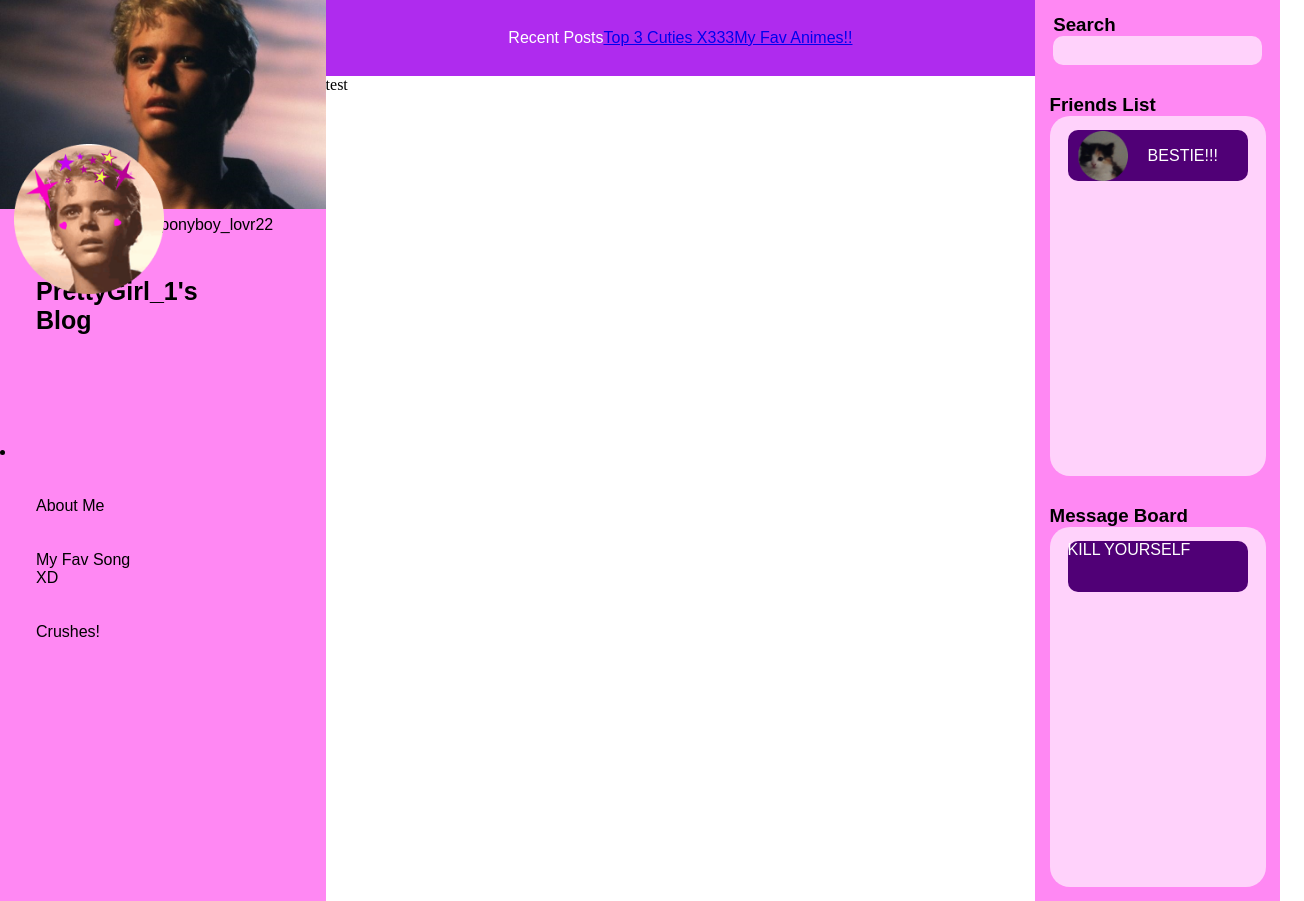
Repository: Jennica1/Frontend-Final
Page: index.html
The author's editor kept a copy of each file at every save. The page is drawn from the files as they stood at one save, then again after the next save.
The browser window is 1280 px wide. The page is 1280 px wide, then 1304 px, so the pictures cover 1304 px, including what lies to the right of the window. The pictures show the whole page.

Above is the page before, as saved 2024-05-16 20:57:33.

After the next save:
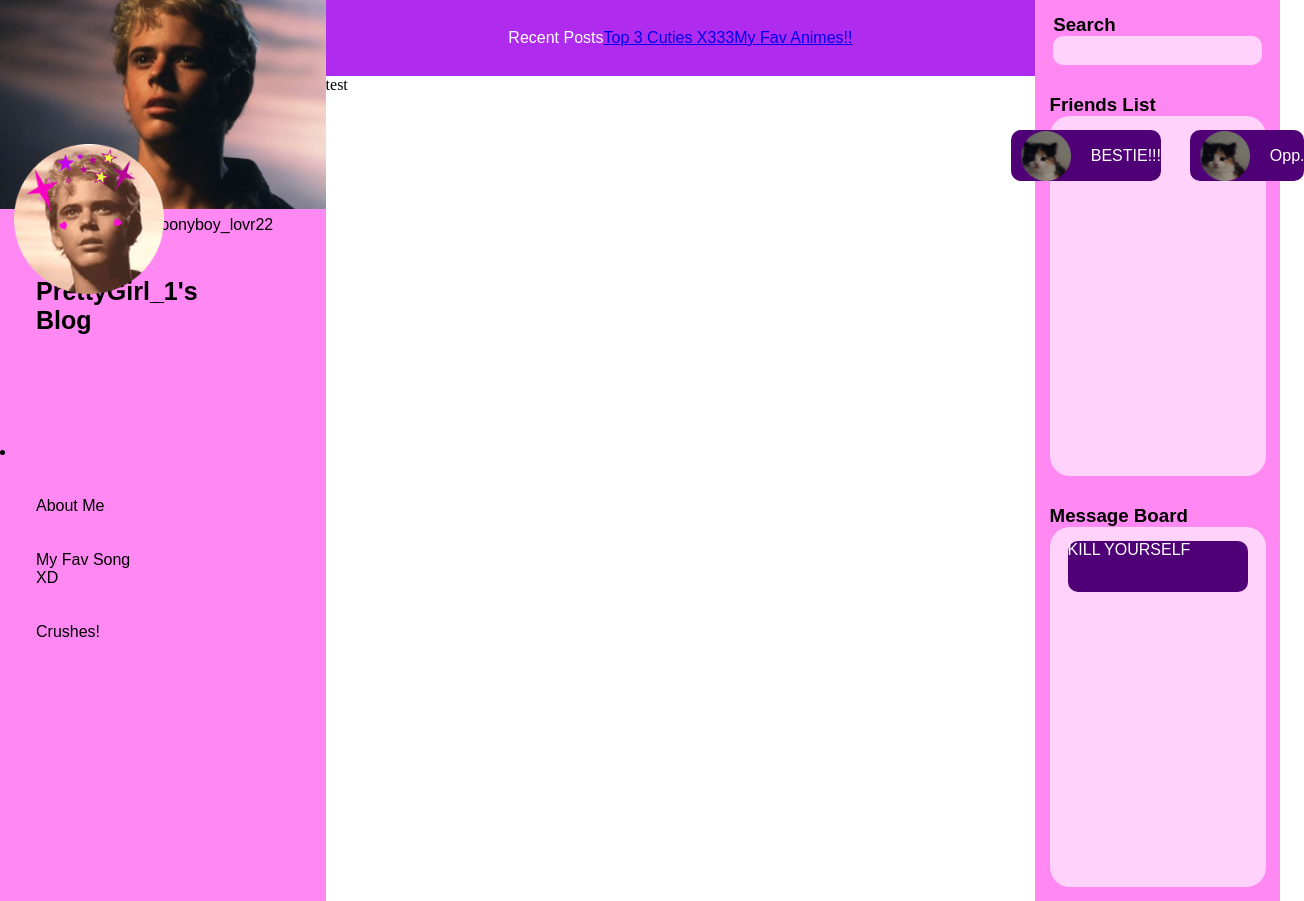
Saved 23 s later.
--- a/index.html
+++ b/index.html
@@ -71,6 +71,10 @@
               <img src="images/friend-pfp.png" width="50px" style="margin-left: 10px; margin-right: 20px;"/>
               <p style="color: white;">BESTIE!!!</p>
             </div>
+            <div class="friend">
+              <img src="images/friend-pfp.png" width="50px" style="margin-left: 10px; margin-right: 20px;"/>
+              <p style="color: white;">Opp.</p>
+            </div>
           </div>
         </div>
         <div class="message-board">
